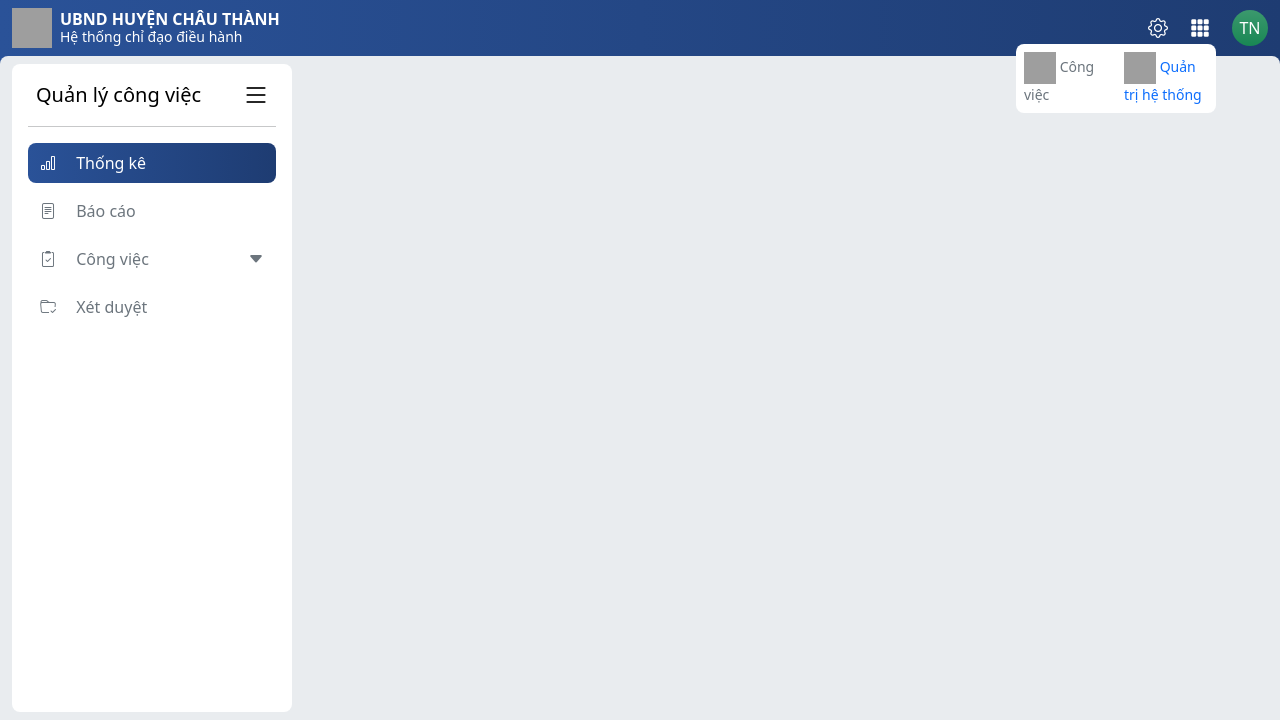
Repository: mys-pro/DATT-HeThongChiDaoDieuHanh
Page: index.html
An editor plug-in stored every save of this project. The page is shown before and after the next save, followed by the edit.
The browser window is 1280 px wide. The pictures show the whole page.
Pictures or frames that could not be fetched are drawn as grey boxes.

Above is the page before, as saved 2024-04-21 15:08:48.

### index.html
<!DOCTYPE html>
<html lang="en">

<head>
    <meta charset="UTF-8">
    <meta name="viewport" content="width=device-width, initial-scale=1.0">
    <link rel="icon" href="./Assets/Image/icon.png" />
    <title>Hệ thống chỉ đạo điều hành</title>
    <link rel="stylesheet" href="./Bootstrap/bootstrap-icons-1.11.3/font/bootstrap-icons.min.css">
    <link rel="stylesheet" href="./Bootstrap/bootstrap-5.3.3-dist/css/bootstrap.min.css">
    <link rel="stylesheet" href="./Assets/css/Styles.css">
    <script src="./Assets/js/jquery-3.7.1.min.js"></script>
    <script src="./Bootstrap/bootstrap-5.3.3-dist/js/bootstrap.bundle.min.js"></script>
    <script src="./Assets/js/script.js"></script>
</head>

<body>
    <div class="app">
        <header class="header">
            <nav class="header__navbar navbar">
                <div class="header__navbar-container container-fluid">
                    <a href="#" class="header__navbar-logo navbar-brand p-0 d-flex">
                        <img class="header__navbar-img" src="./Assets/Image/Logo.png" alt="">
                        <div class="header__navbar-name mx-2 text-white align-content-center">
                            <h6 class="fw-bold p-0 m-0">UBND HUYỆN CHÂU THÀNH</h6>
                            <h6 class="fw-normal p-0 m-0">Hệ thống chỉ đạo điều hành</h6>
                        </div>
                    </a>

                    <ul class="header__navbar-list list-inline p-0 m-0 d-flex">
                        <li class="header__navbar-item ms-3 align-content-center">
                            <a class="border-0 bg-transparent rounded-circle text-white">
                                <i class="bi bi-gear fs-5"></i>
                            </a>
                        </li>
                        <li class="header__navbar-item ms-3 align-content-center position-relative">
                            <button type="button" class="border-0 bg-transparent rounded-circle text-white"
                                id="dropdown-apps">
                                <i class="bi bi-grid-3x3-gap-fill fs-5"></i>
                            </button>
                            <div class="list-apps bg-white rounded-3 position-absolute p-2">
                                <div class="row row-cols-2 gx-3">
                                    <div class="col">
                                        <a href="#" class="text-decoration-none text-secondary">
                                            <img src="./Assets/Image/task-icon.png" alt="" width="32px" height="32px">
                                            Công việc
                                        </a>
                                    </div>
                                    <div class="col d-flex">
                                        <a href="#" class="text-decoration-none">
                                            <img src="./Assets/Image/admin-icon.png" alt="" width="32px" height="32px">
                                            Quản trị hệ thống
                                        </a>
                                    </div>
                                </div>
                            </div>
                        </li>
                        <li class="header__navbar-item ms-3">
                            <div
                                class="header__navbar-avatar border-0 bg-success bg-gradient rounded-circle text-white text-center align-content-center">
                                TN</div>
                        </li>
                    </ul>
                </div>
            </nav>
        </header>

        <div class="app__container bg-body-secondary rounded-top-3 py-2">
            <div class="container-fluid">
                <div class="sidebar bg-white rounded-3 p-3 open">
                    <div class="side__bar-tile d-flex position-relative">
                        <span class="ms-2 text-black fs-5 text-nowrap">Quản lý công việc</span>
                        <button type="button"
                            class="sidebar__collapse-btn border-0 bg-white position-absolute text-end end-0">
                            <i class="bi bi-list"></i>
                        </button>
                    </div>
                    <hr>

                    <ul class="sidebar-list list-unstyled p-0 m-0">
                        <li class="sidebar-item mb-2">
                            <a href="#" class="rounded-3 text-secondary text-nowrap d-block active">
                                <i class="bi bi-bar-chart me-3"></i>
                                <span>Thống kê</span>
                            </a>
                        </li>

                        <li class="sidebar-item mb-2">
                            <a href="#" class="rounded-3 text-secondary text-nowrap d-block">
                                <i class="bi bi-file-text me-3"></i>
                                <span>Báo cáo</span>
                            </a>
                        </li>

                        <li class="sidebar-item mb-2">
                            <a href="#" class="position-relative rounded-3 text-secondary text-nowrap d-block collapsed"
                                data-bs-toggle="collapse" data-bs-target="#sidebarToggleExternalContent">
                                <i class="bi bi-clipboard2-check me-3"></i>
                                <span>Công việc</span>
                                <i class="bi bi-caret-down-fill"></i>
                            </a>

                            <ul class="sidebar-list-child collapse list-inline text-secondary text-nowrap"
                                id="sidebarToggleExternalContent">
                                <li class="sidebar-item-child mt-2">
                                    <a href="#"
                                        class="text-secondary rounded-3 text-nowrap d-block d-flex justify-content-between align-items-center active">
                                        Tất cả
                                        <span class="badge text-bg-danger rounded-pill">1</span>
                                    </a>
                                </li>
                                <li class="sidebar-item-child mt-2">
                                    <a href="#"
                                        class="text-secondary rounded-3 text-nowrap d-block d-flex justify-content-between align-items-center">
                                        Dự thảo
                                        <span class="badge text-bg-danger rounded-pill">1</span>
                                    </a>
                                </li>
                                <li class="sidebar-item-child mt-2">
                                    <a href="#"
                                        class="text-secondary rounded-3 text-nowrap d-block d-flex justify-content-between align-items-center">
                                        Hoàn thành
                                        <span class="badge text-bg-danger rounded-pill">1</span>
                                    </a>
                                </li>
                                <li class="sidebar-item-child mt-2">
                                    <a href="#"
                                        class="text-secondary rounded-3 text-nowrap d-block d-flex justify-content-between align-items-center">
                                        Chờ phê duyệt
                                        <span class="badge text-bg-danger rounded-pill">1</span>
                                    </a>
                                </li>
                                <li class="sidebar-item-child mt-2">
                                    <a href="#"
                                        class="text-secondary rounded-3 text-nowrap d-block d-flex justify-content-between align-items-center">
                                        Làm lại
                                        <span class="badge text-bg-danger rounded-pill">1</span>
                                    </a>
                                </li>
                                <li class="sidebar-item-child mt-2">
                                    <a href="#"
                                        class="text-secondary rounded-3 text-nowrap d-block d-flex justify-content-between align-items-center">
                                        Bị hủy
                                        <span class="badge text-bg-danger rounded-pill">1</span>
                                    </a>
                                </li>
                            </ul>
                        </li>

                        <li class="sidebar-item mb-2">
                            <a href="#" class="rounded-3 text-secondary text-nowrap d-block">
                                <i class="bi bi-folder-check me-3"></i>
                                <span>Xét duyệt</span>
                            </a>
                        </li>
                    </ul>
                </div>
            </div>
        </div>
    </div>
</body>

</html>

### Assets/css/Styles.css
:root {
    --primary-color: #2a5298;
    --primary-gradient-color: linear-gradient(to left, #1e3c72, #2a5298);
    --bs-body-color: #212529;
}

body {
    overflow: auto;
}

.col-0 {
    display: none;
}

.app {
    background-image: var(--primary-gradient-color);
}
/* ======Navbar====== */
.header__navbar-img {
    width: 40px;
    height: 40px;
}

.header__navbar-name h6:first-child {
    font-size: 16px;
}

.header__navbar-name h6:last-child {
    font-size: 14px;
}

.header__navbar-avatar {
    width: 36px;
    height: 36px;
}

.header__navbar-item a {
    cursor: pointer;
}

.header__navbar-item span {
    top: 25%;
    right: -15px;
}

.list-apps {
    width: 200px;
    right: 0;
    font-size: 14px;
}

/* ======Sidebar====== */
.sidebar {
    --height: calc(100vh - 56px - 16px);
    min-height: var(--height);
    width: 72px;
    transition: all .2s ease-out;
}

.sidebar.open {
    width: 280px;
}

.sidebar a {
    padding: 8px 12px;
    text-decoration: none;
    overflow: hidden;
}

.sidebar span {
    overflow: hidden;
}

.sidebar__collapse-btn {
    font-size: 28px;
    line-height: 0;
}

.sidebar-list-child {
    overflow: hidden;
}

.sidebar-item > a:hover {
    background-color: rgba(0, 0, 0, 0.05) !important;
}

.sidebar-item > a:active {
    background-color: rgba(0, 0, 0, 0.1) !important;
}

.sidebar-item > a.active {
    background-image: var(--primary-gradient-color);
    color: white !important;
}

.sidebar:not(.open) .sidebar-list-child {
    display: none;
}

.sidebar-item > a[data-bs-toggle="collapse"].collapsed > i:last-child {
    position: absolute;
    right: 12px;
    top: 0.5rem;
    transform: rotate(0deg);
    transition: all .2s ease-out;
}

.sidebar-item > a[data-bs-toggle="collapse"] > i:last-child {
    position: absolute;
    right: 12px;
    top: 0.5rem;
    transform: rotate(180deg);
    transition: all .2s ease-out;
}

.sidebar:not(.open) .sidebar-item > a[data-bs-toggle="collapse"] > i:last-child {
    display: none;
}

.sidebar-item-child > a:not(.active):hover {
    background-color: rgba(0, 0, 0, 0.05) !important;
}

.sidebar-item-child > a:not(.active):active,
.sidebar-item-child > a.active {
    background-color: rgba(0, 0, 0, 0.1) !important;
}

@media (max-width: 576px) {
    .sidebar {
        display: none;
    }

    .header__navbar-list {
        display: none !important;
    }
}

### Assets/js/script.js
$(document).ready(function() {
    $('.sidebar__collapse-btn').click(function() {
        $(".sidebar").toggleClass("open");
    });

    $('.sidebar-item > a').click(function() {
        $('.sidebar-item > a').removeClass("active");
        $(this).addClass("active");
        $('#sidebarToggleExternalContent').collapse('hide');
    });

    $('.sidebar-item > a[data-bs-toggle="collapse"]').click(function() {
        $('.sidebar-item-child > a').removeClass("active");
        $('.sidebar-item-child > a:first').addClass("active");
      });

    $('.sidebar-item-child > a').click(function() {
        $('.sidebar-item-child > a').removeClass("active");
        $(this).addClass("active");
    });
});

Loaded but not shown: library/Bootstrap/bootstrap-icons-1.11.3/font/bootstrap-icons.min.css (library); library/Bootstrap/bootstrap-5.3.3-dist/css/bootstrap.min.css (library); Public/js/jquery-3.7.1.min.js (library); library/Bootstrap/bootstrap-5.3.3-dist/js/bootstrap.bundle.min.js (library)

After the next save:
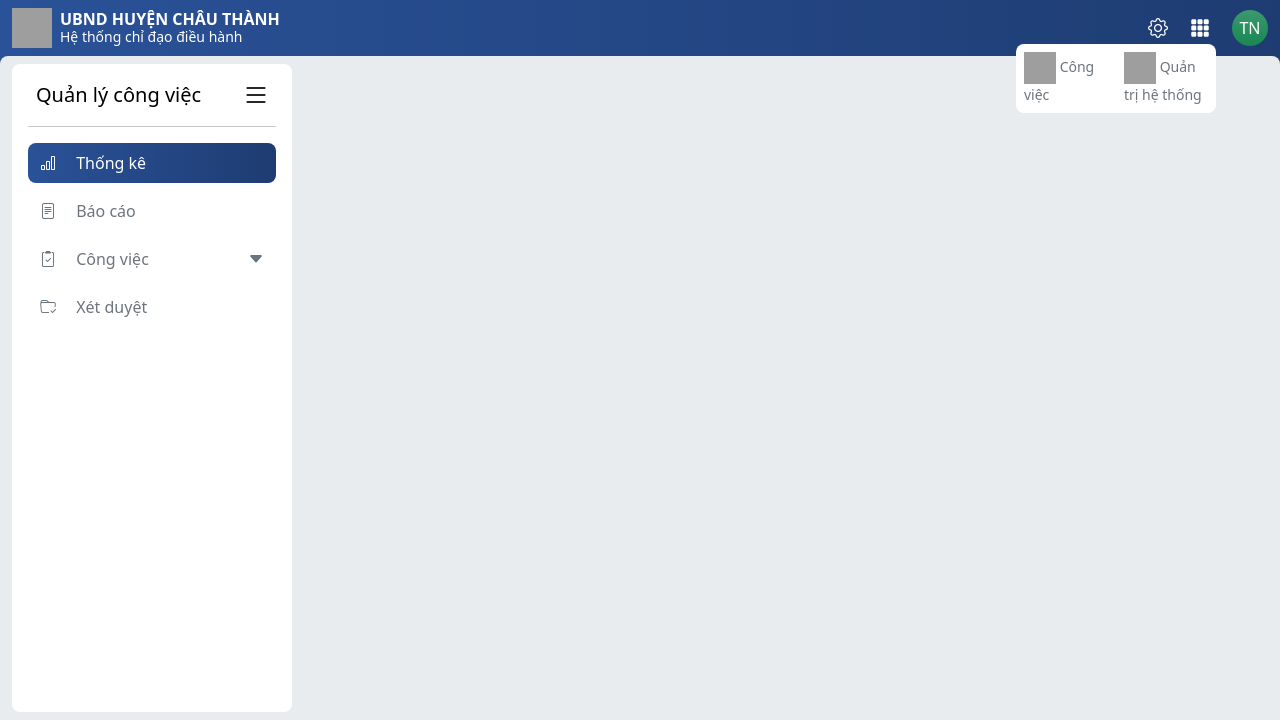
Saved 7 s later.
--- a/index.html
+++ b/index.html
@@ -47,7 +47,7 @@
                                         </a>
                                     </div>
                                     <div class="col d-flex">
-                                        <a href="#" class="text-decoration-none">
+                                        <a href="#" class="text-decoration-none text-secondary">
                                             <img src="./Assets/Image/admin-icon.png" alt="" width="32px" height="32px">
                                             Quản trị hệ thống
                                         </a>
